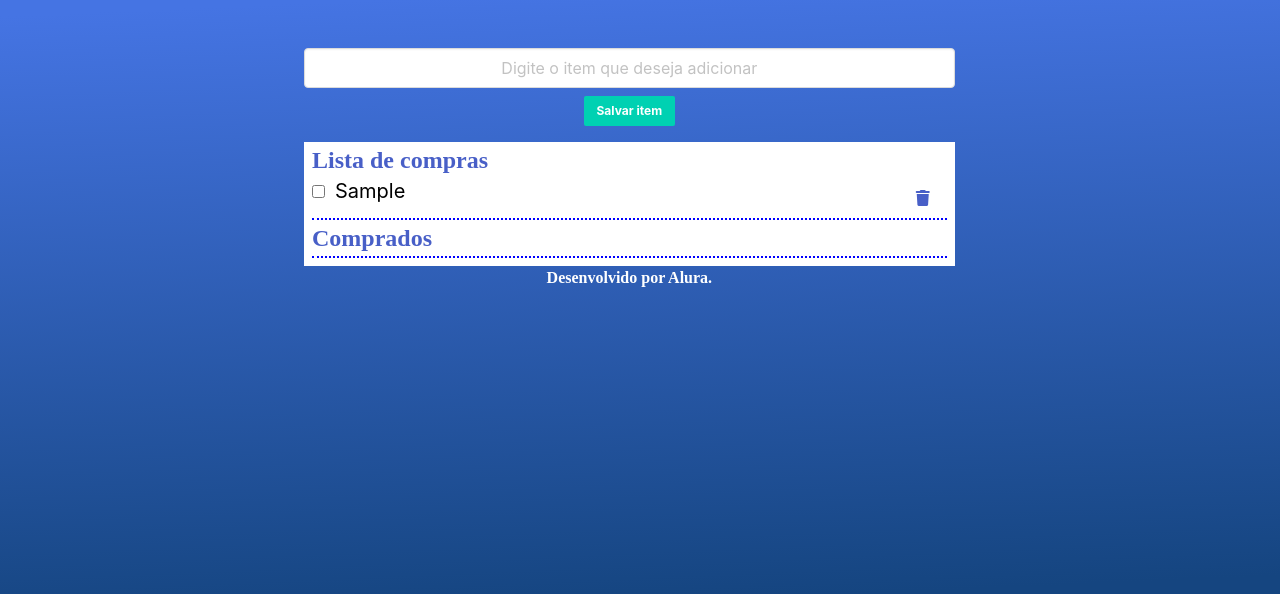
Repository: joaoPraiaJunior/js-manipulando-objetos
Page: index.html
These files come from the project's save history. The page is drawn as it stood at one moment and after the next save; the edit follows.
The browser window is 1280 px wide. The pictures show the whole page.
Empty fields were first filled with sample values (such as "Sample", 5 or name@example.com).
After loading, the first visible `#form-itens` was submitted once.
Some web fonts or font styles are not loaded; a fallback is used.

Above is the page before, as saved 2024-09-04 23:55:37.

After the next save:
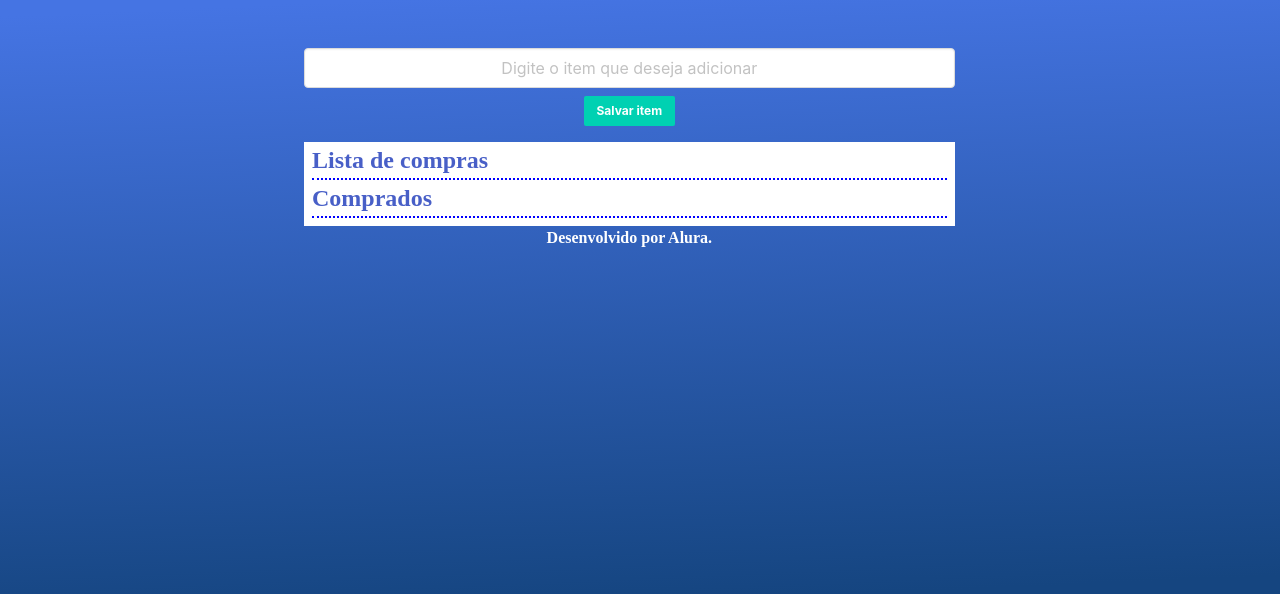
Console error: ReferenceError: valorDoItem is not defined
Saved 2 min 40 s later.
--- a/main.js
+++ b/main.js
@@ -48,7 +48,7 @@
 
     itensParaComprar.forEach((item, indice) => {
         const itemCriado = criarItem(item, indice);
-        listaDeItens.appendChild(itemCriado);
+        checarQualListOItemEsta();
         itemNaListaComprado(itemCriado);
         deletarItem(itemCriado);
     });
@@ -108,6 +108,7 @@
         const inputText = evento.currentTarget.querySelector('input[type="text"]');
         checkbox.checked = !checkbox.checked;
         itensParaComprar[valorDoItem].checar = checkbox.checked;
+        checarQualListOItemEsta();
 
 
     });
@@ -125,5 +126,17 @@
     });
 }
 
+function checarQualListOItemEsta() {
+
+    if (itensParaComprar[valorDoItem].checar) {
+        itensComprados.appendChild(itemCriado);
+        inputText.classList.add('itens-comprados');
+        return;
+    }
+
+    listaDeItens.appendChild(itemCriado);
+    inputText.classList.remove('itens-comprados');
+}
+
 
 formulario.addEventListener('submit', salvarDadosDoFormulario);

After the 4 saves that followed:
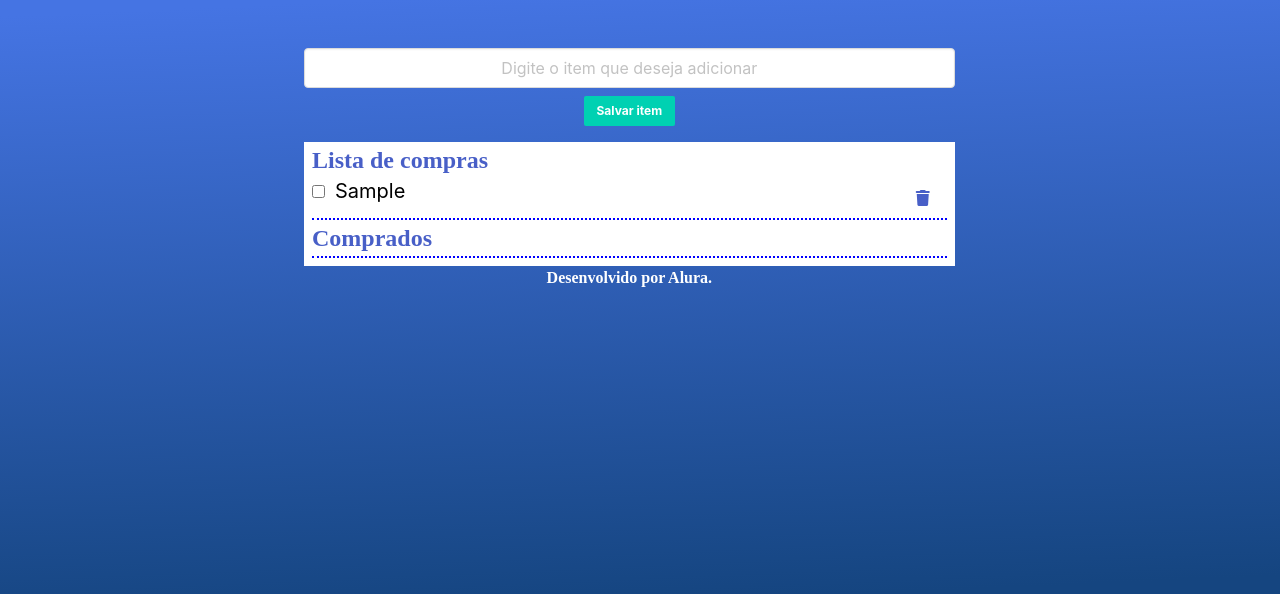
The error is gone.
The 4 saves are shown as one change because 3 left the picture as it was.
The last was saved 2 min 36 s later.
--- a/main.js
+++ b/main.js
@@ -48,7 +48,7 @@
 
     itensParaComprar.forEach((item, indice) => {
         const itemCriado = criarItem(item, indice);
-        checarQualListOItemEsta();
+        listaDeItens.appendChild(itemCriado);
         itemNaListaComprado(itemCriado);
         deletarItem(itemCriado);
     });
@@ -108,7 +108,6 @@
         const inputText = evento.currentTarget.querySelector('input[type="text"]');
         checkbox.checked = !checkbox.checked;
         itensParaComprar[valorDoItem].checar = checkbox.checked;
-        checarQualListOItemEsta();
 
 
     });
@@ -131,11 +130,13 @@
     if (itensParaComprar[valorDoItem].checar) {
         itensComprados.appendChild(itemCriado);
         inputText.classList.add('itens-comprados');
+        console.log(itensParaComprar);
         return;
     }
 
     listaDeItens.appendChild(itemCriado);
     inputText.classList.remove('itens-comprados');
+    console.log(itensParaComprar);
 }
 
 
